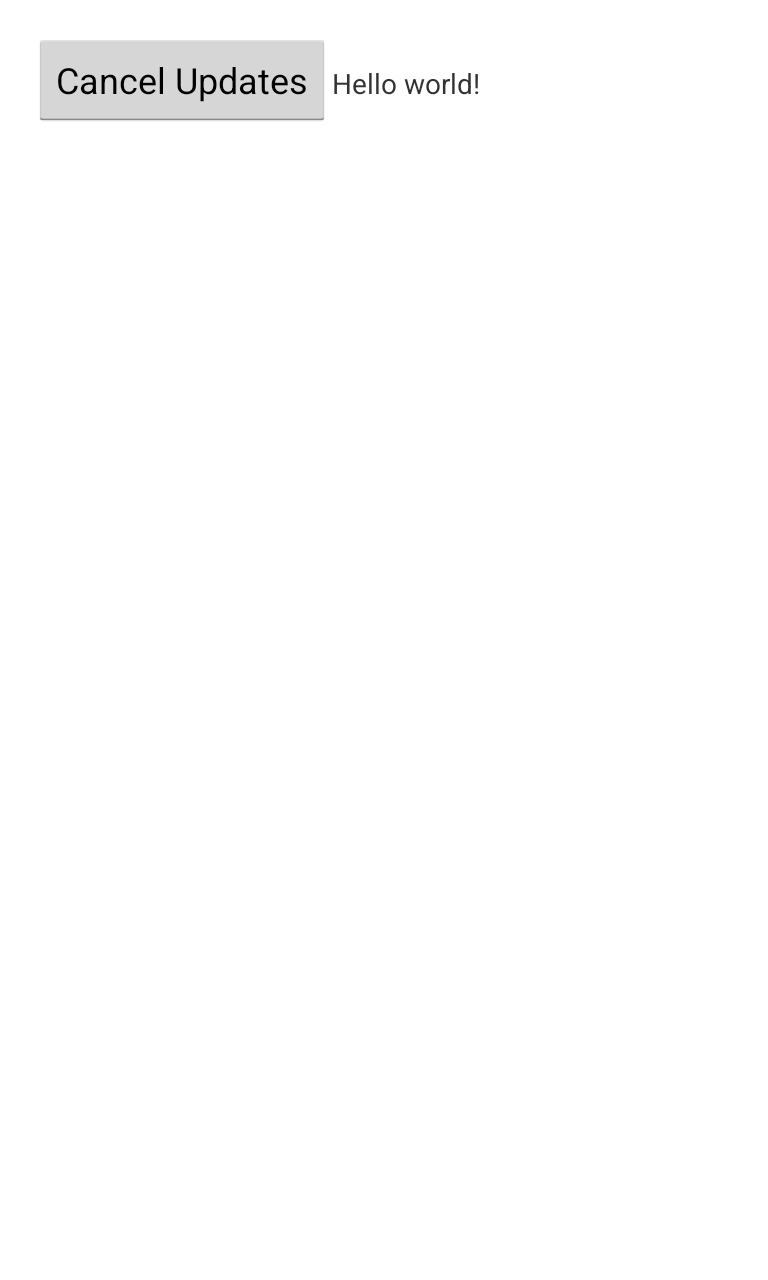
Repository: pancho1313/practica2tests
Layout: MyActivityRecognition-master/res/layout/activity_main.xml
These files come from the project's save history. The layout is drawn as it stood at one moment and after the next save; the edit follows.
It is drawn on a 768 x 1280 px phone screen (xhdpi) without system bars, with theme AppTheme; the app's code is not run.

Above is the layout before, as saved 2014-01-08 19:44:26.

After the next save:
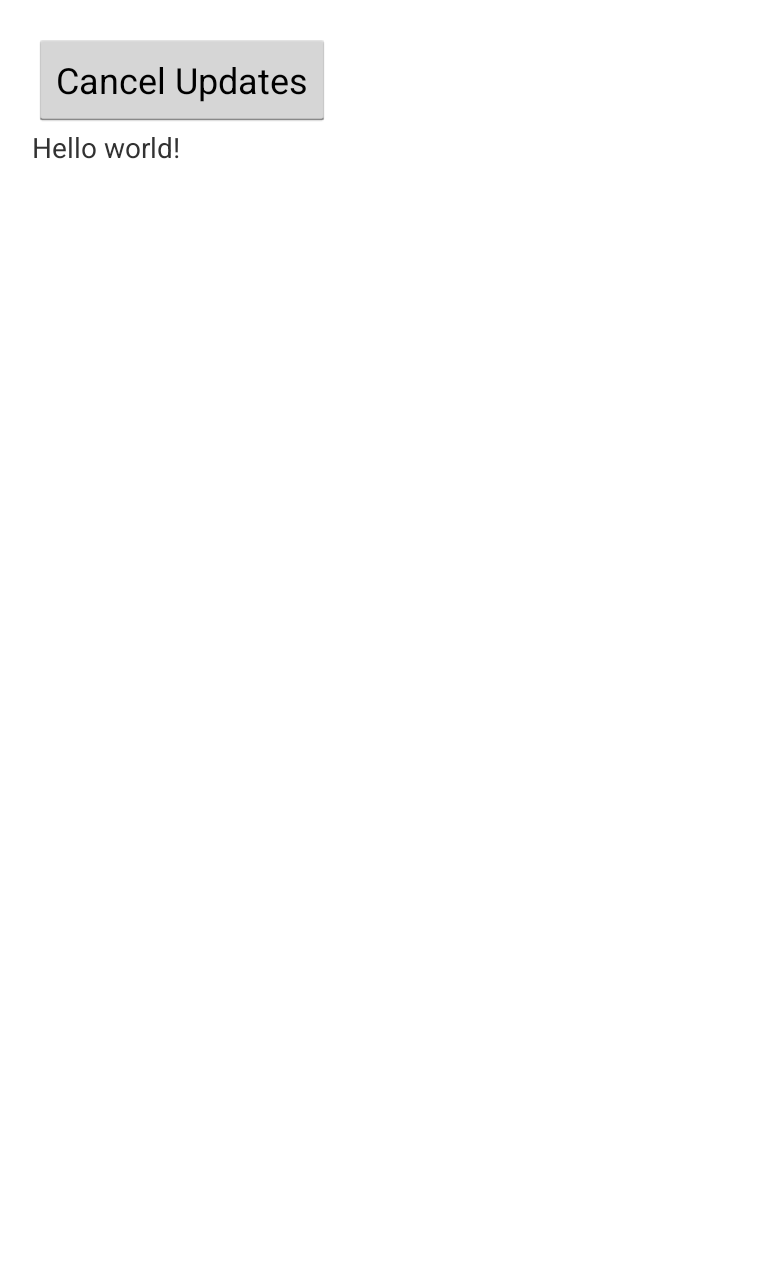
Saved 31 s later.
--- a/MyActivityRecognition-master/res/layout/activity_main.xml
+++ b/MyActivityRecognition-master/res/layout/activity_main.xml
@@ -7,7 +7,8 @@
     android:paddingLeft="@dimen/activity_horizontal_margin"
     android:paddingRight="@dimen/activity_horizontal_margin"
     android:paddingTop="@dimen/activity_vertical_margin"
-    tools:context=".MainActivity" >
+    tools:context=".MainActivity"
+    android:orientation="vertical" >
 
     <Button
         android:id="@+id/cancelUpdates"
@@ -21,4 +22,5 @@
         android:layout_height="wrap_content"
         android:text="@string/hello_world" />
 
+
 </LinearLayout>
